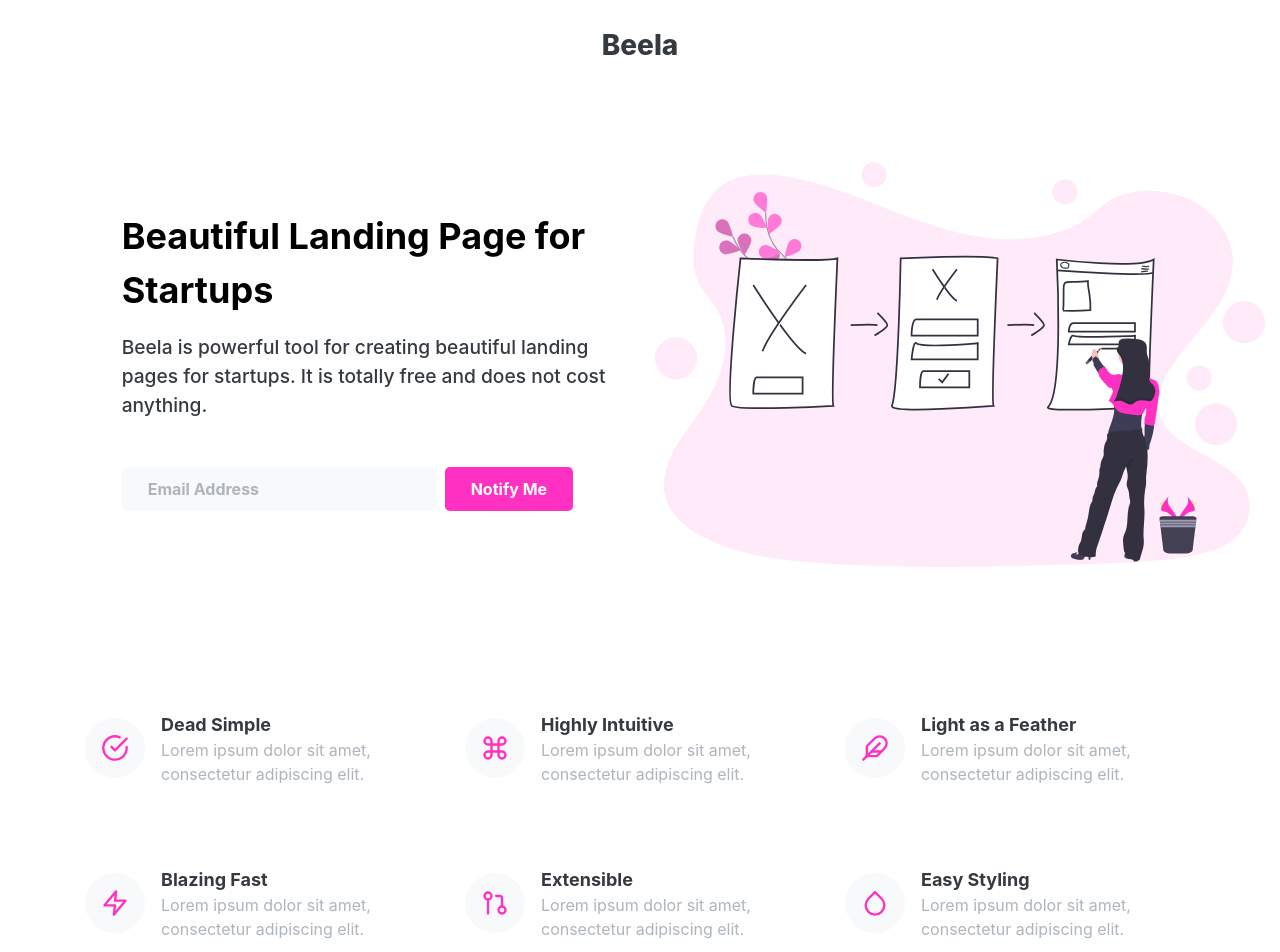
Repository: Rupak09/demo1
Page: index.html
These files come from the project's save history. The page is drawn as it stood at one moment and after the next save; the edit follows.
The browser window is 1280 px wide. The pictures show the part of the page from y = 0 to 952 px (the page is 2819 px tall).
A picture or video elsewhere on the page could not be fetched, so the positions and the page height are approximate. Some web fonts or font styles are not loaded; a fallback is used. Some web libraries are served in a nearby version.

Above is the page before, as saved 2024-12-28 11:56:27.

After the next save:
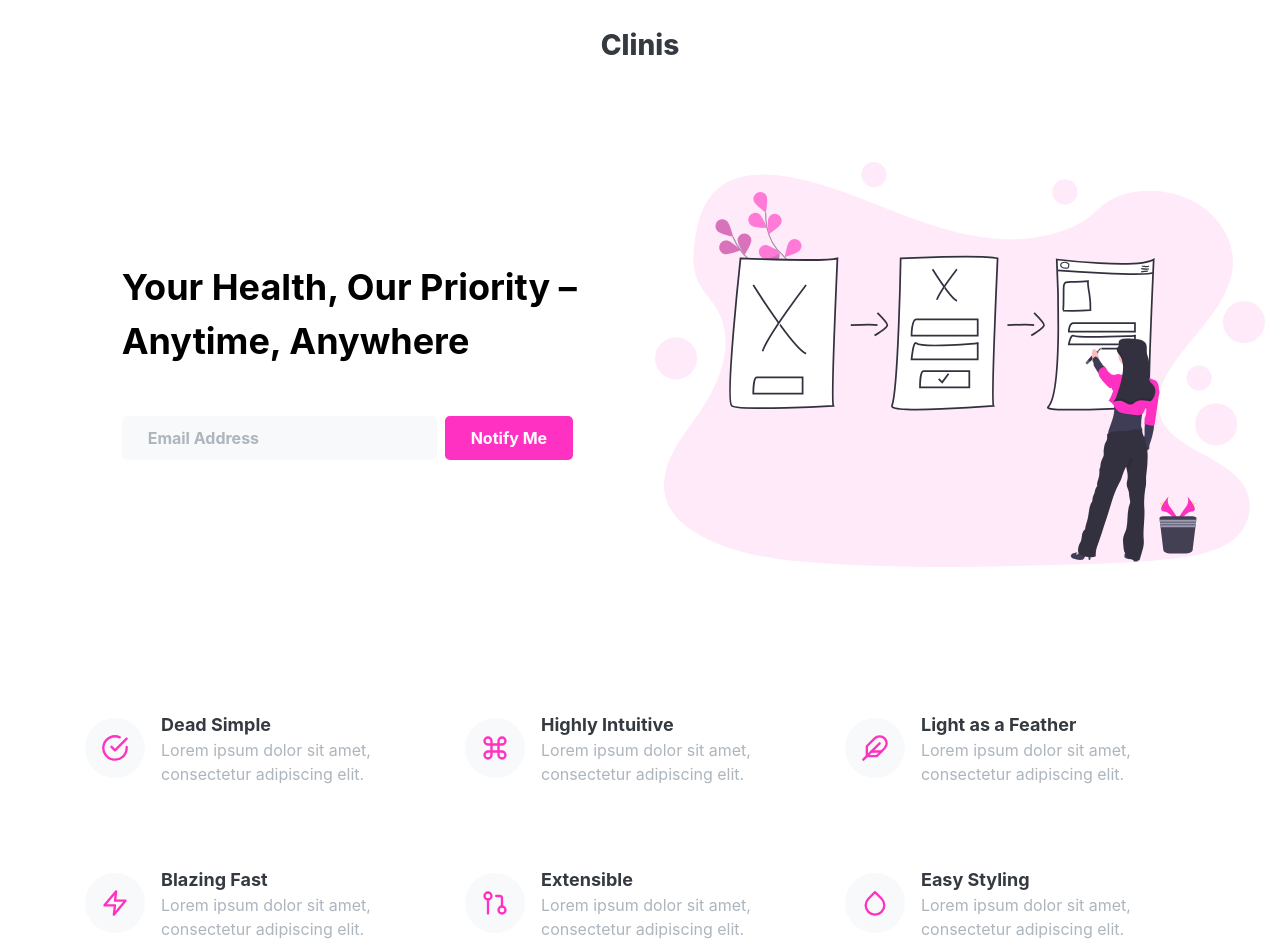
Saved 81 s later.
--- a/index.html
+++ b/index.html
@@ -5,7 +5,7 @@
     <meta charset="utf-8">
     <meta name="viewport" content="width=device-width, initial-scale=1, shrink-to-fit=no">
     <title>Clinis</title>
-    <meta name="description" content="Your Health, Our Priority – Anytime, Anywhere"/>
+    <meta name="description" content="Clinis - Most recommeneded Telemedicine App."/>
 
     <!--Google font-->
     <link href="https://fonts.googleapis.com/css?family=K2D:300,400,500,700,800" rel="stylesheet">
@@ -20,15 +20,14 @@
     <div class="container-fluid">
         <div class="row">
             <div class="col-12 text-center">
-                <div class="heading-brand">Beela</div>
+                <div class="heading-brand">Clinis</div>
             </div>
         </div>
         <div class="row mt-6">
             <div class="col-md-5 ml-md-auto my-md-auto order-2 order-md-1">
-                <h1>Beautiful Landing Page for Startups</h1>
+                <h1>Your Health, Our Priority – Anytime, Anywhere</h1>
                 <p class="lead mb-5">
-                    Beela is powerful tool for creating beautiful landing pages for startups. It is totally free and
-                    does not cost anything.
+
                 </p>
                 <form class="form-inline">
                     <div class="form-group mr-2 mb-2">
